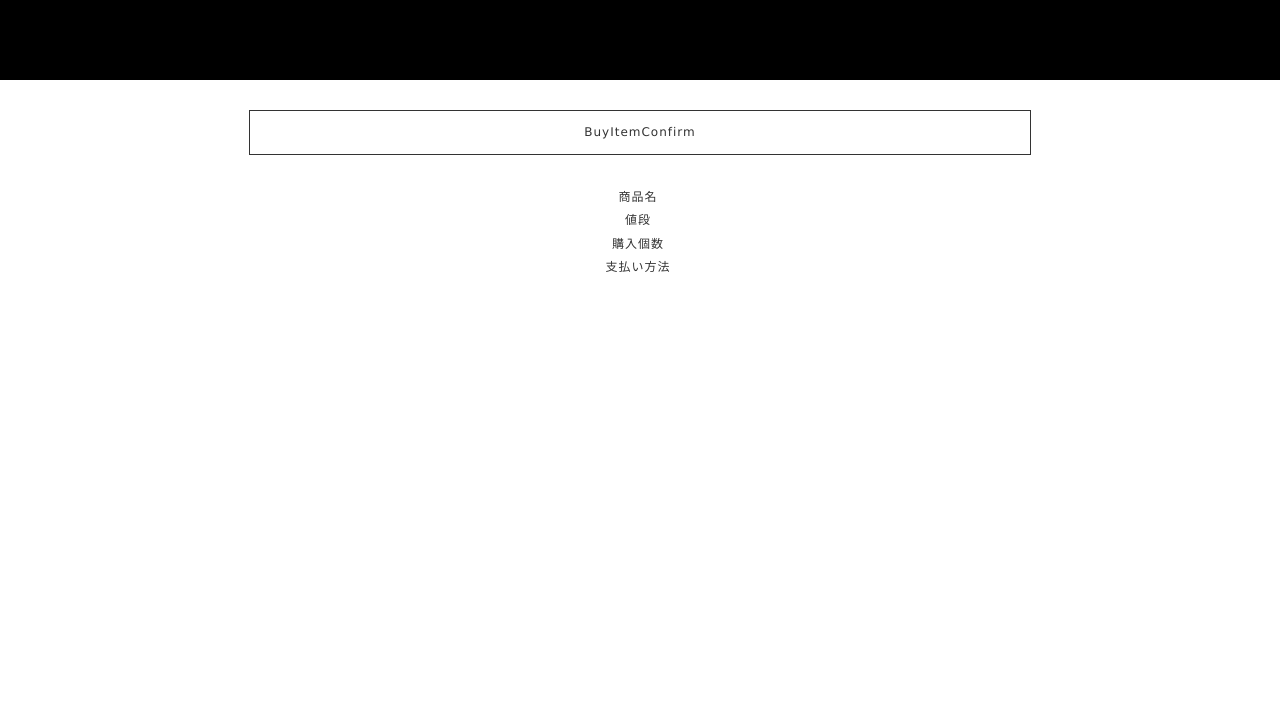
Repository: REDsky96/test
Page: http://localhost/ecsite/buyItemConfirm.jsp
The author's editor kept a copy of each file at every save. The page is drawn from the files as they stood at one save, then again after the next save.
The browser window is 1280 px wide. The pictures show the whole page.
The page is served by Tomcat 9. Other server files are loaded and not shown.

Above is the page before, as saved 2018-11-07 02:23:19.

### ecsite/WebContent/buyItemConfirm.jsp
<%@ page language="java" contentType="text/html; charset=UTF-8"

pageEncoding="UTF-8"%>

<%@ taglib prefix="s" uri="/struts-tags"%>
<!DOCTYPE html>
<html>
<head>

<meta http-equiv="Content-Type" content="text/html; charset=utf-8" />
<meta http-equiv="Content-Style-Type" content="text/css" />
<meta http-equiv="Content-Script-Type" content="text/javascript" />
<meta http-equiv="imagetoolbar" content="no" />
<meta name="description" content="" />
<meta name="keywords" content="" />
<title>buyItemConfirm画面</title>
<style type="text/css">

body {
margin:0;
padding:0;
line-height:1.6;
letter-spacing:1px;
font-family:Verdana, Helvetica, sans-serif;
font-size:12px;
color:#333;
background:#fff;
}

table {
text-align:center;
margin:0 auto;
}

#top {
width:780px;
margin:30px auto;
border:1px solid #333;
}

#header {
width: 100%;
height: 80px;
background-color: black;
}

#main {
width: 100%;
height: 500px;
text-align: center;
}

#footer {
width: 100%;
height: 80px;
background-color: black;
clear:both;
}
</style>
</head>


<body>
  <div id = "header">
    <div id = "pr">
    </div>
  </div>

  <div id = "main">
    <div id ="top">
      <p>BuyItemConfirm</p>
    </div>

  <div>
    <s:form action = "BuyItemConfirmAction">
      <table>
        <tr>
          <td>商品名</td>
          <td><s:property value = "session.buyItem_name"/></td>
        </tr>

        <tr>
          <td>値段</td>
          <td><s:property value = "session.total_price"/></td>
        </tr>

        <tr>
          <td>購入個数</td>
          <td><s:property value = "session.count"/></td>
        </tr>

        <tr>
          <td>支払い方法</td>
          <td><s:property value = "session.pay"/></td>
        </tr>

        <tr>
          <td><br></td>
        </tr></table>
    </s:form></div></div>

</body>
</html>

After the next save:
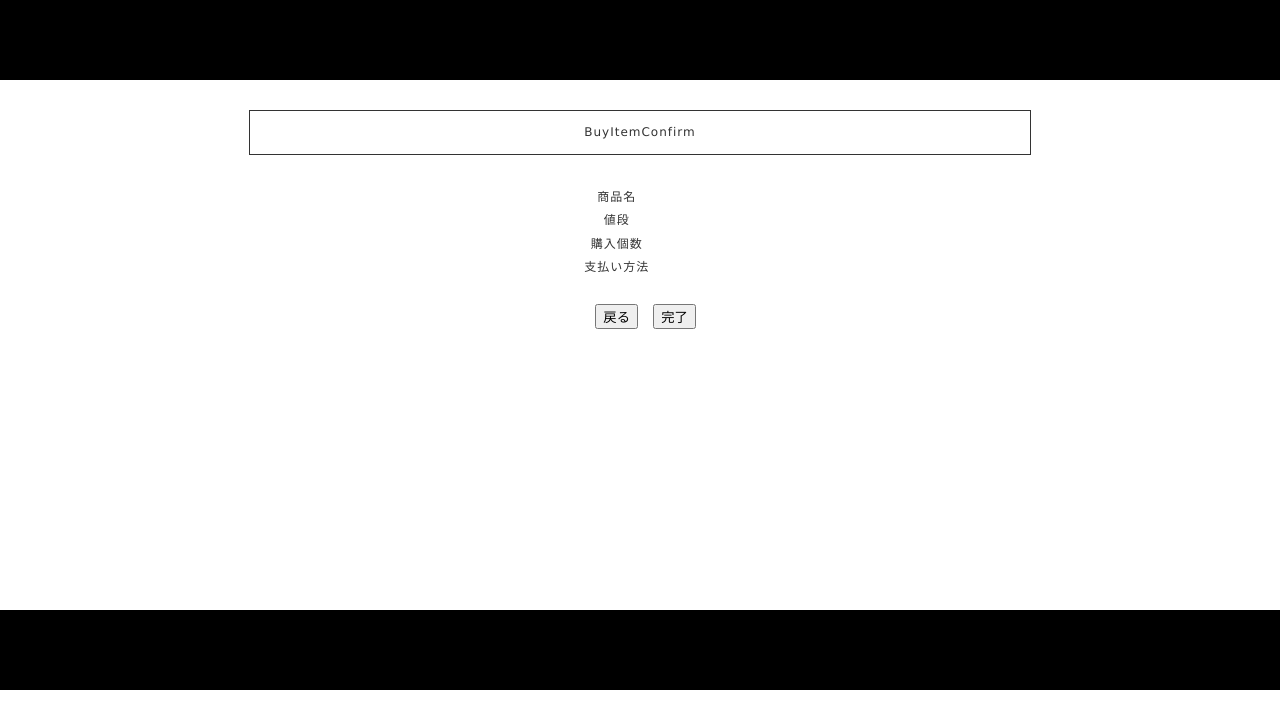
Saved 4 min 37 s later.
--- a/ecsite/WebContent/buyItemConfirm.jsp
+++ b/ecsite/WebContent/buyItemConfirm.jsp
@@ -96,8 +96,21 @@
 
         <tr>
           <td><br></td>
-        </tr></table>
-    </s:form></div></div>
+        </tr>
+
+        <tr>
+          <td><input type = "button" value = "戻る" onclick = "submitAction('HomeAcrion')"/></td>
+          <td><input type = "button" value = "完了" onclick = "submitAction('BuyItemConfirmAction')"/></td>
+        </tr>
+      </table>
+    </s:form>
+  </div>
+</div>
+
+<div id = "footer">
+  <div id = "pr">
+  </div>
+</div>
 
 </body>
 </html>
